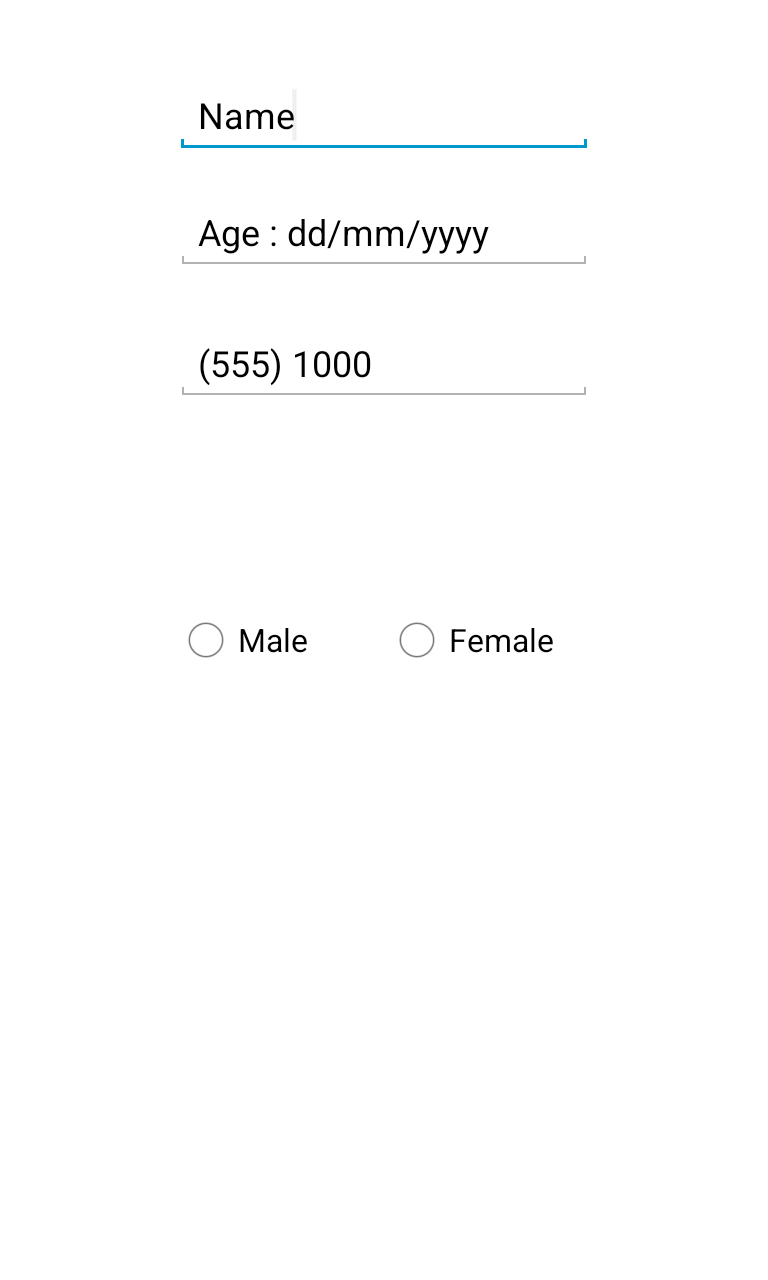
Repository: srikraj8341/srikanthrepo
Layout: android/MyFirstApp/res/layout/activity_display_message.xml
These files come from the project's save history. The layout is drawn as it stood at one moment and after a run of saves; the edit follows.
It is drawn on a 768 x 1280 px phone screen (xhdpi) without system bars, with theme AppTheme; the app's code is not run.

Above is the layout before, as saved 2012-09-22 07:52:54.

After the next 3 saves:
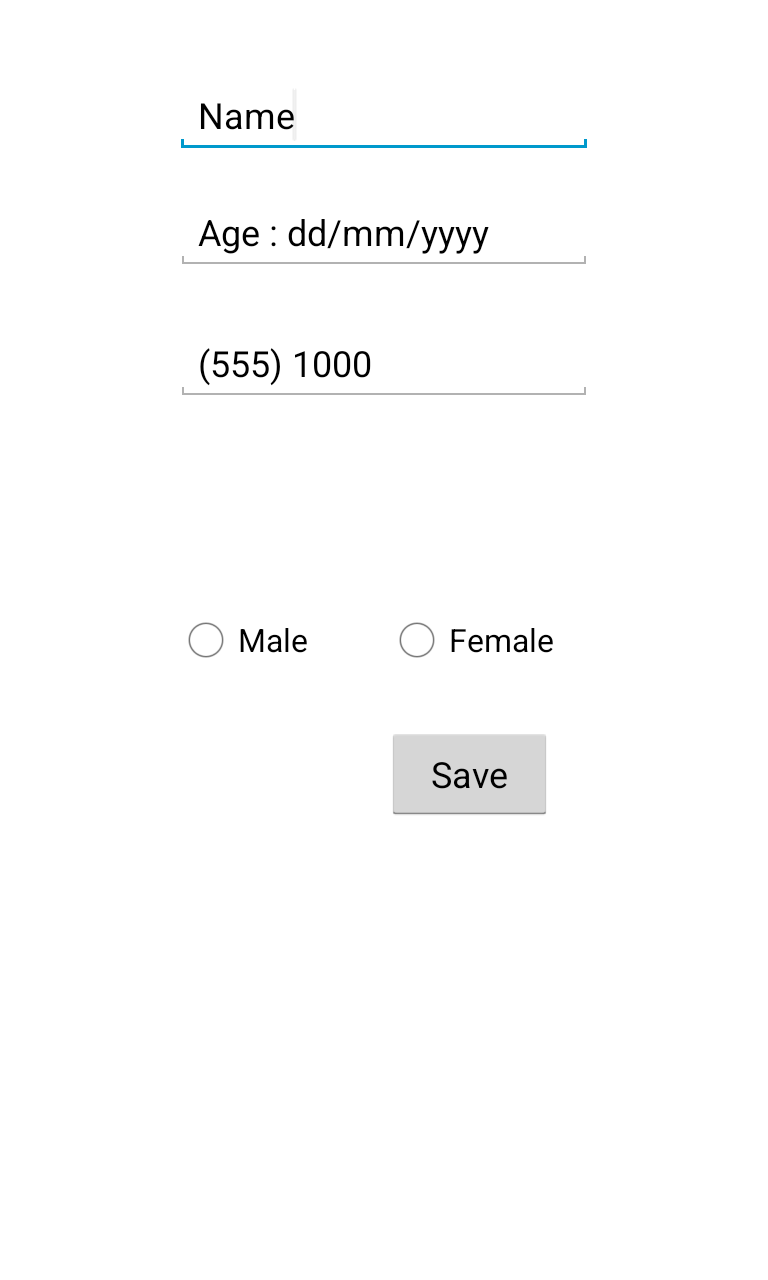
The 3 saves are shown as one change because 2 did not build or start.
The last was saved 105 s later.
--- a/android/MyFirstApp/res/layout/activity_display_message.xml
+++ b/android/MyFirstApp/res/layout/activity_display_message.xml
@@ -57,4 +57,14 @@
             android:layout_marginRight="20dp"
             android:text="@string/Female" />
 
+        <Button
+            android:id="@+id/button1"
+            android:layout_width="wrap_content"
+            android:layout_height="wrap_content"
+            android:layout_alignLeft="@+id/radioButton2"
+            android:layout_alignRight="@+id/radioButton2"
+            android:layout_below="@+id/radioButton2"
+            android:layout_marginTop="27dp"
+            android:text="@string/Save" />
+
     </RelativeLayout>
--- a/android/MyFirstApp/res/values/strings.xml
+++ b/android/MyFirstApp/res/values/strings.xml
@@ -18,6 +18,7 @@
 	<string name="Phone">(555) 1000</string>
 	<string name="Male">Male</string>
 	<string name="Female">Female</string>
+	<string name="Save">Save</string>
 
 
 
